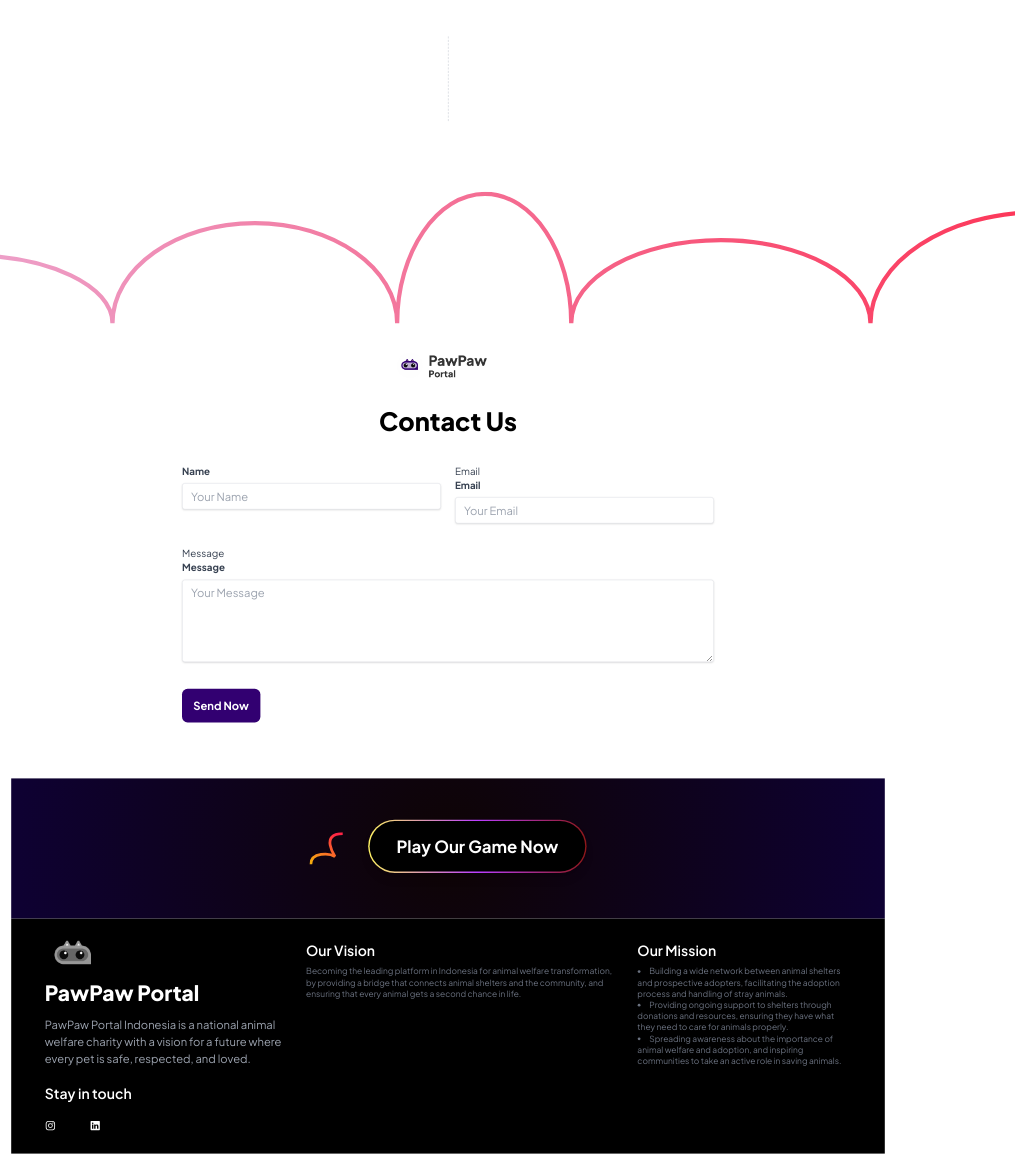
Repository: paskasiregar/pawpawwebsite
Page: /
These files come from the project's save history. The page is drawn as it stood at one moment and after the next save; the edit follows.
The browser window is 1280 px wide. The page is 1450 px wide, so the pictures cover 1450 px, including what lies to the right of the window. The pictures show the part of the page from y = 1570 to 3250 px (the page is 3250 px tall before and 3230 px after), at 70% of full size.
The project was rebuilt for these pictures with package versions that can differ from the ones it lists, and the page was loaded fresh each time. The framework's server and built-in components were replaced by stand-ins that run in the browser. Also part of the build but not shown: next.config.js, next.config.mjs.

Above is the page before, as saved 2024-07-31 14:35:20.

### src/app/layout.js
import { Inter } from "next/font/google";
import "./globals.css";

const inter = Inter({ subsets: ["latin"] });

export const metadata = {
  title: "PawPaw Portal | Your One-Stop Shelter",
  description: "Your One-Stop Shelter",
};

export default function RootLayout({ children }) {
  return (
    <html lang="en">
      <body className={inter.className}>{children}</body>
    </html>
  );
}

### src/app/globals.css
@import url("https://fonts.googleapis.com/css2?family=Plus+Jakarta+Sans:wght@400;600;700;800&display=swap");

@tailwind base;
@tailwind components;
@tailwind utilities;

body {
  font-family: "Plus Jakarta Sans", sans-serif;
}

.hero-bg {
  display: flex;
  background: radial-gradient(
    circle,
    rgb(204, 188, 230) 10%,
    rgb(255, 255, 255) 50%
  );
}

.cta-container {
  display: flex;
  justify-content: center;
  align-items: center;
  position: relative;
  background: radial-gradient(circle, rgb(14, 4, 4) 0%, rgb(14, 1, 51) 100%);
  padding: 20px;
  gap: 20px;
  min-height: 200px;
}

.cta-button {
  display: inline-block;
  padding: 20px 40px;
  font-size: 24px;
  font-weight: bold;
  color: white;
  background: black;
  border-radius: 40px;
  position: relative;
  z-index: 1;
  overflow: hidden;
  transition: all 0.3s ease;
  text-align: center;
}

.cta-button::before {
  content: "";
  position: absolute;
  top: -2px;
  left: -2px;
  right: -2px;
  bottom: -2px;
  background: linear-gradient(
    90deg,
    rgb(255, 244, 97) 0%,
    rgb(187, 61, 255) 50%,
    rgb(142, 23, 23) 100%
  );
  z-index: -1;
  border-radius: inherit;
}

.cta-button::after {
  content: "";
  position: absolute;
  top: 2px;
  left: 2px;
  right: 2px;
  bottom: 2px;
  background: black;
  z-index: -1;
  border-radius: inherit;
}

.cta-button:hover {
  color: rgb(237, 246, 133);
  background: white;
}

.footer-bg {
  background: radial-gradient(circle, rgb(14, 4, 4) 0%, rgb(14, 1, 51) 100%);
  color: white;
  text-align: center;
  padding: 20px;
}

.centeredcontainer {
  width: 100vw;
  height: auto;
}

.main-container {
  width: 100%;
  max-width: 1200px;
  margin: 0 auto;
  padding: 0 20px;
}
.header-content {
  display: flex;
  flex-direction: row;
  align-items: center;
  justify-content: space-between;
}

.header-logo-button {
  display: flex;
  flex-direction: row;
  align-items: center;
  gap: 16px; /* Adjust spacing as needed */
}

html {
  scroll-behavior: smooth;
}

### src/components/contact.jsx
import React from "react";
import PrimaryButton from "@/components/primaryButton";
import NameInput from "./nameInput";
import EmailInput from "./emailInput";
import MessageInput from "./mesageInput";
import Image from "next/image";
import logoHeaderImage from "../assets/banner-10.png";

export const Contact = () => {
  return (
    <div className="font-plus-jakarta flex flex-col items-center justify-center py-16 px-4 md:px-[200px] gap-[40px] text-29xl">
      <div className="flex justify-start items-start">
        <svg
          width="1620"
          height="188"
          viewBox="0 0 1620 188"
          fill="none"
          xmlns="http://www.w3.org/2000/svg"
        >
          <path
            d="M1891 188C1891 100.375 1784.67 29.342 1653.5 29.342C1522.34 29.342 1413.53 100.375 1413.53 188C1413.53 122.37 1317.84 69.158 1199.78 69.158C1081.72 69.158 986.029 122.362 986.029 188C986.029 85.8274 930.825 3 862.735 3C794.645 3 737.369 85.8274 737.369 188C737.369 108.853 646.33 44.6865 534.029 44.6865C421.728 44.6865 330.689 108.853 330.689 188C330.689 134.381 239.649 90.9105 127.349 90.9105C15.0481 90.9105 -76 134.381 -76 188"
            stroke="url(#paint0_linear_545_35799)"
            strokeWidth="6"
            strokeMiterlimit="10"
            strokeLinejoin="bevel"
          />
          <defs>
            <linearGradient
              id="paint0_linear_545_35799"
              x1="-84.5283"
              y1="91.1699"
              x2="1899.52"
              y2="91.1699"
              gradientUnits="userSpaceOnUse"
            >
              <stop offset="0.0224" stopColor="#EBADD7" />
              <stop offset="1" stopColor="#FF2445" />
            </linearGradient>
          </defs>
        </svg>
      </div>
      <Image
        className="w-36 h-10 object-cover"
        alt="Logo"
        src={logoHeaderImage}
        width={120}
        height={20}
      />
      <div className="text-4xl font-extrabold">Contact Us</div>
      <form
        action="https://submit-form.com/E0a8H8KS4"
        method="POST"
        className="w-full"
      >
        <div className="w-full flex flex-col items-start gap-[16px] text-base text-light-l800 font-regular-reg-2">
          <div className="w-full flex flex-col md:flex-row gap-[20px]">
            <div className="w-full md:w-1/2">
              <label
                htmlFor="name"
                className="block text-sm font-medium text-gray-700"
              ></label>
              <NameInput className="w-full" id="name" name="name" />
            </div>
            <div className="w-full md:w-1/2">
              <label
                htmlFor="email"
                className="block text-sm font-medium text-gray-700"
              >
                Email
              </label>
              <EmailInput className="w-full" id="email" name="email" />
            </div>
          </div>
          <div className="w-full">
            <label
              htmlFor="message"
              className="block text-sm font-medium text-gray-700"
            >
              Message
            </label>
            <MessageInput className="w-full" id="message" name="message" />
          </div>
        </div>
        <div className="mt-4">
          <PrimaryButton type="submit">Send Now</PrimaryButton>
        </div>
      </form>
    </div>
  );
};

export default Contact;

### src/components/divider.jsx
export const Divider = () => {
  return (
    <div className="self-stretch h-[195px] flex flex-row items-center justify-center py-16 px-[130px] box-border">
      <div className="w-px relative box-border h-[121px] border-r-[1px] border-dashed border-gray-300" />
    </div>
  );
};

### src/components/footer.jsx
import Link from "next/link";
import React from "react";
import Image from "next/image";
import logoFooterImage from "../assets/inverse.png";

export const Footer = () => {
  return (
    <div className="font-plus-jakarta w-full flex bg-black">
      <div className="font-plus-jakarta w-full flex flex-col items-center bg-black py-8 px-4">
        <div className="max-w-6xl w-full mx-auto space-y-6">
          {/* Footer Header */}
          <div className="flex flex-col md:flex-row items-center md:items-start md:justify-between mb-6">
            <div className="space-y-4">
              <Image
                className="w-20 h-10 object-cover"
                alt="Logo"
                src={logoFooterImage}
                width={80}
                height={80}
              />
              <div className="space-y-4">
                <div className="text-white text-3xl font-extrabold">
                  PawPaw Portal
                </div>
                <p className="text-med text-gray-400">
                  PawPaw Portal Indonesia is a national animal welfare charity
                  with a vision for a future where every pet is safe, respected,
                  and loved.
                </p>
              </div>
            </div>

            {/* Vision and Mission */}
            <div className="flex flex-col md:flex-row mt-4 md:mt-0 space-y-4 md:space-y-0 md:space-x-8">
              <div className="space-y-2">
                <div className="font-semibold text-xl text-white">
                  Our Vision
                </div>
                <div className="text-xs text-gray-500">
                  Becoming the leading platform in Indonesia for animal welfare
                  transformation, by providing a bridge that connects animal
                  shelters and the community, and ensuring that every animal
                  gets a second chance in life.
                </div>
              </div>
              <div className="space-y-2">
                <div className="font-semibold text-xl text-white">
                  Our Mission
                </div>
                <div className="text-xs text-gray-500">
                  <ol className="list-inside list-disc">
                    <li>
                      Building a wide network between animal shelters and
                      prospective adopters, facilitating the adoption process
                      and handling of stray animals.
                    </li>
                    <li>
                      Providing ongoing support to shelters through donations
                      and resources, ensuring they have what they need to care
                      for animals properly.
                    </li>
                    <li>
                      Spreading awareness about the importance of animal welfare
                      and adoption, and inspiring communities to take an active
                      role in saving animals.
                    </li>
                  </ol>
                </div>
              </div>
            </div>
          </div>
          {/* social media */}
          <div className="text-xl font-semibold mb-4 text-white">
            Stay in touch
          </div>
          <div className="flex space-x-4">
            <Link href="https://www.instagram.com/pawpawportal">
              <svg
                xmlns="http://www.w3.org/2000/svg"
                width="1em"
                height="1em"
                viewBox="0 0 24 24"
              >
                <path
                  fill="white"
                  d="M17.34 5.46a1.2 1.2 0 1 0 1.2 1.2a1.2 1.2 0 0 0-1.2-1.2m4.6 2.42a7.59 7.59 0 0 0-.46-2.43a4.94 4.94 0 0 0-1.16-1.77a4.7 4.7 0 0 0-1.77-1.15a7.3 7.3 0 0 0-2.43-.47C15.06 2 14.72 2 12 2s-3.06 0-4.12.06a7.3 7.3 0 0 0-2.43.47a4.78 4.78 0 0 0-1.77 1.15a4.7 4.7 0 0 0-1.15 1.77a7.3 7.3 0 0 0-.47 2.43C2 8.94 2 9.28 2 12s0 3.06.06 4.12a7.3 7.3 0 0 0 .47 2.43a4.7 4.7 0 0 0 1.15 1.77a4.78 4.78 0 0 0 1.77 1.15a7.3 7.3 0 0 0 2.43.47C8.94 22 9.28 22 12 22s3.06 0 4.12-.06a7.3 7.3 0 0 0 2.43-.47a4.7 4.7 0 0 0 1.77-1.15a4.85 4.85 0 0 0 1.16-1.77a7.59 7.59 0 0 0 .46-2.43c0-1.06.06-1.4.06-4.12s0-3.06-.06-4.12M20.14 16a5.61 5.61 0 0 1-.34 1.86a3.06 3.06 0 0 1-.75 1.15a3.19 3.19 0 0 1-1.15.75a5.61 5.61 0 0 1-1.86.34c-1 .05-1.37.06-4 .06s-3 0-4-.06a5.73 5.73 0 0 1-1.94-.3a3.27 3.27 0 0 1-1.1-.75a3 3 0 0 1-.74-1.15a5.54 5.54 0 0 1-.4-1.9c0-1-.06-1.37-.06-4s0-3 .06-4a5.54 5.54 0 0 1 .35-1.9A3 3 0 0 1 5 5a3.14 3.14 0 0 1 1.1-.8A5.73 5.73 0 0 1 8 3.86c1 0 1.37-.06 4-.06s3 0 4 .06a5.61 5.61 0 0 1 1.86.34a3.06 3.06 0 0 1 1.19.8a3.06 3.06 0 0 1 .75 1.1a5.61 5.61 0 0 1 .34 1.9c.05 1 .06 1.37.06 4s-.01 3-.06 4M12 6.87A5.13 5.13 0 1 0 17.14 12A5.12 5.12 0 0 0 12 6.87m0 8.46A3.33 3.33 0 1 1 15.33 12A3.33 3.33 0 0 1 12 15.33"
                />
              </svg>
            </Link>
            <Link href="https://twitter.com/pawpawportal">
              <svg
                xmlns="http://www.w3.org/2000/svg"
                width="1em"
                height="1em"
                viewBox="0 0 24 24"
              >
                <g fill="white">
                  <path d="M1 2h2.5L3.5 2h-2.5z">
                    <animate
                      fill="freeze"
                      attributeName="d"
                      dur="0.4s"
                      values="M1 2h2.5L3.5 2h-2.5z;M1 2h2.5L18.5 22h-2.5z"
                    />
                  </path>
                  <path d="M5.5 2h2.5L7.2 2h-2.5z">
                    <animate
                      fill="freeze"
                      attributeName="d"
                      dur="0.4s"
                      values="M5.5 2h2.5L7.2 2h-2.5z;M5.5 2h2.5L23 22h-2.5z"
                    />
                  </path>
                  <path d="M3 2h5v0h-5z" opacity="0">
                    <set attributeName="opacity" begin="0.4s" to="1" />
                    <animate
                      fill="freeze"
                      attributeName="d"
                      begin="0.4s"
                      dur="0.4s"
                      values="M3 2h5v0h-5z;M3 2h5v2h-5z"
                    />
                  </path>
                  <path d="M16 22h5v0h-5z" opacity="0">
                    <set attributeName="opacity" begin="0.4s" to="1" />
                    <animate
                      fill="freeze"
                      attributeName="d"
                      begin="0.4s"
                      dur="0.4s"
                      values="M16 22h5v0h-5z;M16 22h5v-2h-5z"
                    />
                  </path>
                  <path d="M18.5 2h3.5L22 2h-3.5z" opacity="0">
                    <set attributeName="opacity" begin="0.5s" to="1" />
                    <animate
                      fill="freeze"
                      attributeName="d"
                      begin="0.5s"
                      dur="0.4s"
                      values="M18.5 2h3.5L22 2h-3.5z;M18.5 2h3.5L5 22h-3.5z"
                    />
                  </path>
                </g>
              </svg>
            </Link>
            <Link href="https://www.linkedin.com/company/pawpawportal">
              <svg
                xmlns="http://www.w3.org/2000/svg"
                width="1em"
                height="1em"
                viewBox="0 0 24 24"
              >
                <path
                  fill="white"
                  d="M20.47 2H3.53a1.45 1.45 0 0 0-1.47 1.43v17.14A1.45 1.45 0 0 0 3.53 22h16.94a1.45 1.45 0 0 0 1.47-1.43V3.43A1.45 1.45 0 0 0 20.47 2M8.09 18.74h-3v-9h3ZM6.59 8.48a1.56 1.56 0 1 1 0-3.12a1.57 1.57 0 1 1 0 3.12m12.32 10.26h-3v-4.83c0-1.21-.43-2-1.52-2A1.65 1.65 0 0 0 12.85 13a2 2 0 0 0-.1.73v5h-3v-9h3V11a3 3 0 0 1 2.71-1.5c2 0 3.45 1.29 3.45 4.06Z"
                />
              </svg>
            </Link>
          </div>
        </div>
      </div>
    </div>
  );
};

export default Footer;

### src/components/header.jsx
import Link from "next/link";
import PrimaryButton from "@/components/primaryButton";
import React from "react";
import Image from "next/image";
import logoHeaderImage from "../assets/banner-10.png";

export const Header = () => {
  return (
    <div className="font-plus-jakarta w-full flex flex-col items-center justify-center text-left text-gray-500">
      <div className="self-stretch bg-white flex flex-col items-center justify-center text-sm">
        <div className="w-full header-content p-2.5 box-border">
          <Link href="/">
            <Image
              className="w-36 h-10 object-cover"
              alt="Logo"
              src={logoHeaderImage}
              width={120}
              height={20}
            />
          </Link>
          <div className="hidden md:flex flex-row items-center justify-center gap-8">
            <div>
              <Link href="#how-it-works">How It Works</Link>
            </div>
            <div>
              <Link href="#about-us">About Us</Link>
            </div>
          </div>
          <div className="header-logo-button">
            <PrimaryButton>Be Our Hero Today!</PrimaryButton>
          </div>
        </div>
      </div>
    </div>
  );
};

export default Header;

### src/components/CTA.jsx
import React from "react";
import Link from "next/link";

const CTA = () => {
  return (
    <div className="cta-container font-plus-jakarta p-4 md:p-8 flex flex-col md:flex-row items-center justify-center">
      <svg
        className="cta-decoration mb-4 md:mb-0 md:mr-4"
        width="48"
        height="46"
        viewBox="0 0 48 46"
        fill="none"
        xmlns="http://www.w3.org/2000/svg"
      >
        <path
          d="M2 46C2 27.296 29.551 30.0086 36.5736 34.5625C36.5736 34.5625 14.4611 2 47.5714 2"
          stroke="url(#cta_gradient)"
          strokeWidth="3.92857"
          strokeMiterlimit="10"
          strokeLinejoin="bevel"
        />
        <defs>
          <linearGradient
            id="cta_gradient"
            x1="37.3571"
            y1="2"
            x2="7.5"
            y2="46"
            gradientUnits="userSpaceOnUse"
          >
            <stop stopColor="#FF2445" />
            <stop offset="1" stopColor="#F5AB0E" />
          </linearGradient>
        </defs>
      </svg>
      <Link href="/game">
        <div className="cta-button text-center bg-gradient-to-r from-orange-500 to-pink-500 text-white font-bold py-2 px-4 rounded-lg shadow-lg cursor-pointer">
          Play Our Game Now
        </div>
      </Link>
    </div>
  );
};

export default CTA;

### src/components/primaryButton.jsx
import React from "react";

const PrimaryButton = ({ children, onClick }) => {
  return (
    <button
      className="self-stretch  bg-inherit-320071 hover:bg-blue-700 text-white font-bold px-4 py-3 rounded-lg"
      onClick={onClick}
    >
      {children}
    </button>
  );
};

export default PrimaryButton;

### src/components/secButton.jsx
import React from "react";

const SecButton = ({ children, onClick }) => {
  return (
    <button
      className="bg-white border border-inherit-320071 text-inherit-320071 font-bold py-2 px-4 rounded-lg"
      onClick={onClick}
    >
      {children}
    </button>
  );
};

export default SecButton;

### src/components/nameInput.jsx
import React from "react";

const NameInput = ({ value, onChange }) => {
  return (
    <div className="mb-4">
      <label
        className="block text-gray-700 text-sm font-bold mb-2"
        htmlFor="name"
      >
        Name
      </label>
      <input
        id="name"
        type="text"
        value={value}
        onChange={onChange}
        className="shadow appearance-none border rounded w-full py-2 px-3 text-gray-700 leading-tight focus:outline-none focus:shadow-outline"
        placeholder="Your Name"
      />
    </div>
  );
};

export default NameInput;

### src/components/emailInput.jsx
import React from "react";

const EmailInput = ({ value, onChange }) => {
  return (
    <div className="mb-4">
      <label
        className="block text-gray-700 text-sm font-bold mb-2"
        htmlFor="email"
      >
        Email
      </label>
      <input
        id="email"
        type="email"
        value={value}
        onChange={onChange}
        className="shadow appearance-none border rounded w-full py-2 px-3 text-gray-700 leading-tight focus:outline-none focus:shadow-outline"
        placeholder="Your Email"
      />
    </div>
  );
};

export default EmailInput;

### src/components/mesageInput.jsx
import React from "react";

const MessageInput = ({ value, onChange }) => {
  return (
    <div className="mb-4">
      <label
        className="block text-gray-700 text-sm font-bold mb-2"
        htmlFor="message"
      >
        Message
      </label>
      <textarea
        id="message"
        value={value}
        onChange={onChange}
        className="shadow appearance-none border rounded w-full py-2 px-3 text-gray-700 leading-tight focus:outline-none focus:shadow-outline"
        placeholder="Your Message"
        rows="5"
      />
    </div>
  );
};

export default MessageInput;

Loaded but not shown: src/app/page.js (128 lines, source omitted); tailwind.config.js (24 lines, source omitted); src/components/hero.jsx (211 lines, source omitted)

After the next save:
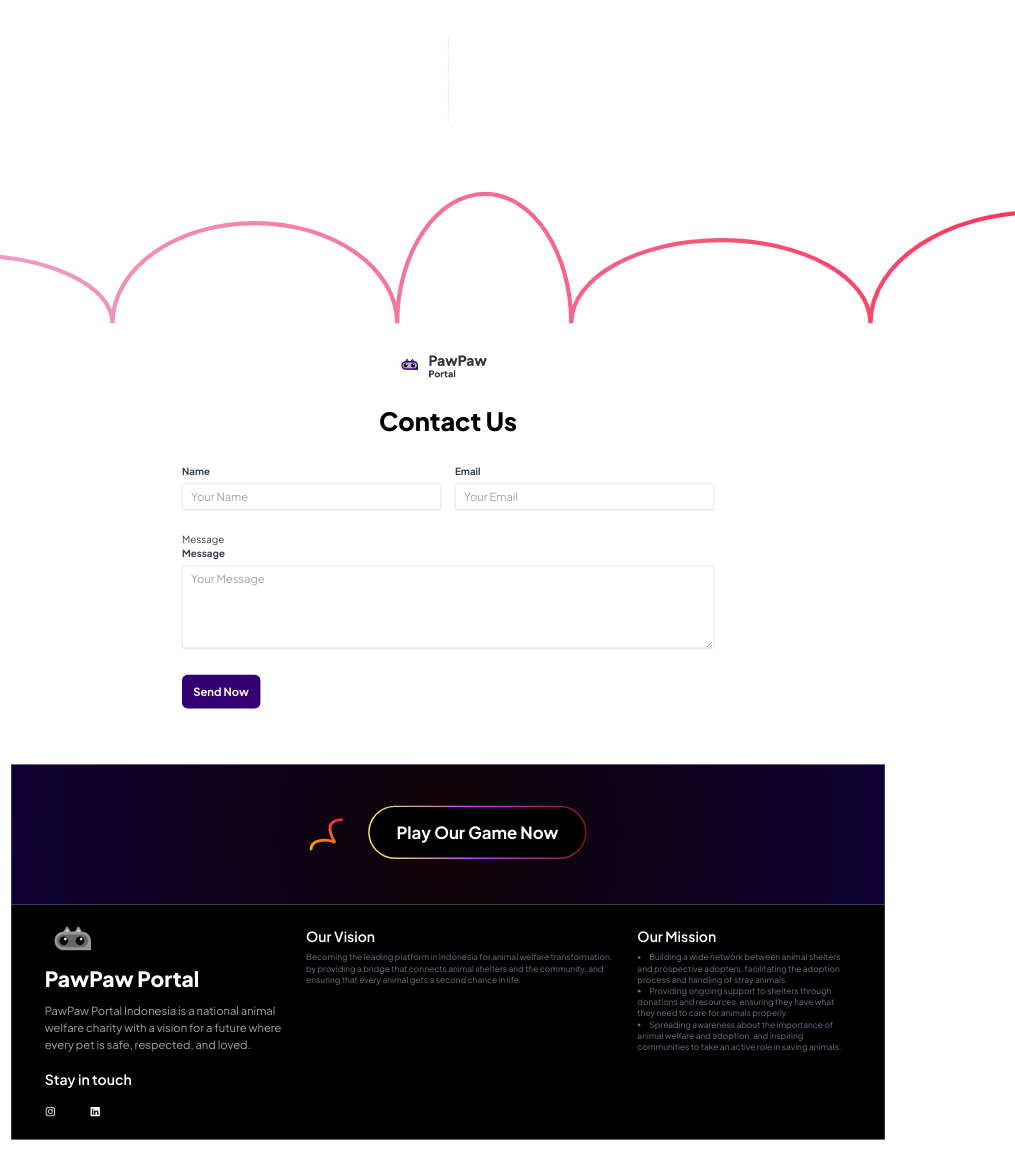
Saved 10 s later.
--- a/src/components/contact.jsx
+++ b/src/components/contact.jsx
@@ -65,9 +65,7 @@ export const Contact = () => {
               <label
                 htmlFor="email"
                 className="block text-sm font-medium text-gray-700"
-              >
-                Email
-              </label>
+              ></label>
               <EmailInput className="w-full" id="email" name="email" />
             </div>
           </div>
